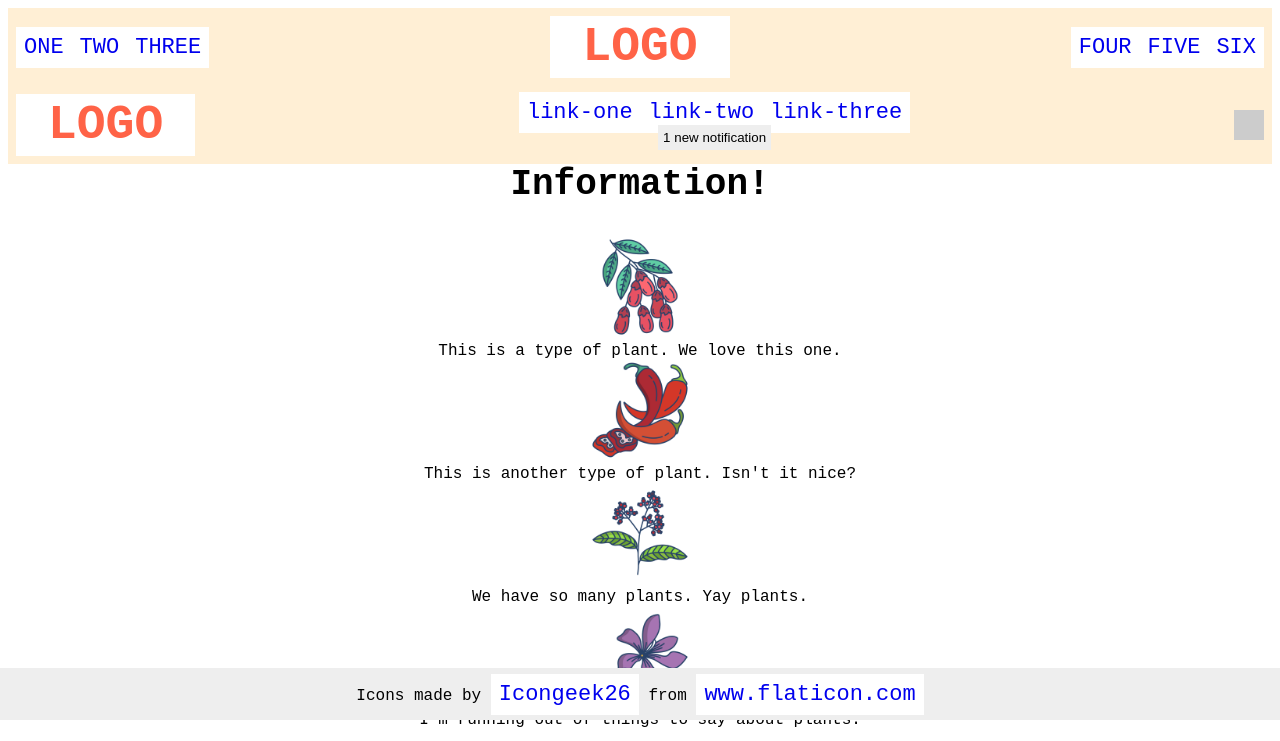
Repository: HeliosAI9/First-test-website
Page: mywebsite/html-boilerplate/pages/flex.html
The author's editor kept a copy of each file at every save. The page is drawn from the files as they stood at one save, then again after the next save.
The browser window is 1280 px wide. The pictures show the whole page.
Some web fonts or font styles are not loaded; a fallback is used.

Above is the page before, as saved 2023-06-10 05:39:01.

### mywebsite/html-boilerplate/pages/flex.html
<!DOCTYPE html>
<html lang="en">
  <head>
    <meta charset="UTF-8">
    <meta http-equiv="X-UA-Compatible" content="IE=edge">
    <meta name="viewport" content="width=device-width, initial-scale=1.0">
    <title>Flex Header</title>
    <link rel="stylesheet" href="../css/flex.css">
  </head>
  <body>
    <div class="header">
      <div class="left-links">
        <ul>
          <li><a href="#">ONE</a></li>
          <li><a href="#">TWO</a></li>
          <li><a href="#">THREE</a></li>
        </ul>
      </div>
      <div class="logo">LOGO</div>
      <div class="right-links">
        <ul>
          <li><a href="#">FOUR</a></li>
          <li><a href="#">FIVE</a></li>
          <li><a href="#">SIX</a></li>
        </ul>
      </div>
    </div>

    <header class="header">
        <div class="logo">
          LOGO
        </div>
        <nav class="nav">
          <ul class="links">
            <li><a href="google.com">link-one</a></li>
            <li><a href="google.com">link-two</a></li>
            <li><a href="google.com">link-three</a></li>
          </ul>
          <button class="notifications">
            1 new notification
          </button>
        </nav>
        <div class="profile-image"></div>
      </header>
  </body>
  <body>
    <div class="title">Information!</div>

    <img src="../images/barberry.png" alt="barberry">
    <div class="text">This is a type of plant. We love this one.</div>
    <img src="../images/chilli.png" alt="chili">
    <div class="text">This is another type of plant. Isn't it nice?</div>

    <img src="../images/pepper.png" alt="pepper">
    <div class="text">We have so many plants. Yay plants.</div>

    <img src="../images/saffron.png" alt="saffron">
    <div class="text">I'm running out of things to say about plants.</div>

    <!-- disregard this section, it's here to give attribution to the creator of these icons -->
    <div class="footer">
      <div>Icons made by <a href="https://www.flaticon.com/authors/icongeek26" title="Icongeek26">Icongeek26</a> from <a href="https://www.flaticon.com/" title="Flaticon">www.flaticon.com</a></div>
    </div>
  </body>
</html>

### mywebsite/html-boilerplate/css/flex.css
@import url('https://fonts.googleapis.com/css2?family=Besley:ital,wght@0,400;1,900&display=swap');

.header {
    display: flex;
    justify-content: space-between;
    align-items: center;
    background: papayawhip;
    padding: 8px;
    font-family: 'Besley', monospace;
  }

  .logo {
    font-size: 48px;
    font-weight: 900;
    color: tomato;
    background: white;
    padding: 4px 32px;
  }

  ul {
    list-style-type: none;
    display: flex;
    margin: 0;
    padding: 0;
  }

  a {
    font-size: 22px;
    background: white;
    padding: 8px;
    text-decoration: none;
  }

  .notifications {
    background-color: #eee;
    border: none;
    padding: 5px;
  }

  .profile-image {
    width: 30px;
    height: 30px;
    background-color: #ccc;
  }

  body {
    font-family: 'Courier New', Courier, monospace;
    text-align: center;
  }

  img {
    width: 100px;
    height: 100px;
    display: inline;
  }

  .title {
    font-size: 36px;
    font-weight: 900;
    margin-bottom: 32px;
  }
  .container {
    display: flex;
    justify-content: center;
    gap: 52px;
  }

  .info {
    max-width: 200px;
  }

  /* do not edit this footer */
  .footer {
    position: fixed;
    bottom: 0;
    left: 0;
    right: 0;
    height: 52px;
    display: flex;
    align-items: center;
    justify-content: center;
    background: #eee;
  }

After the next save:
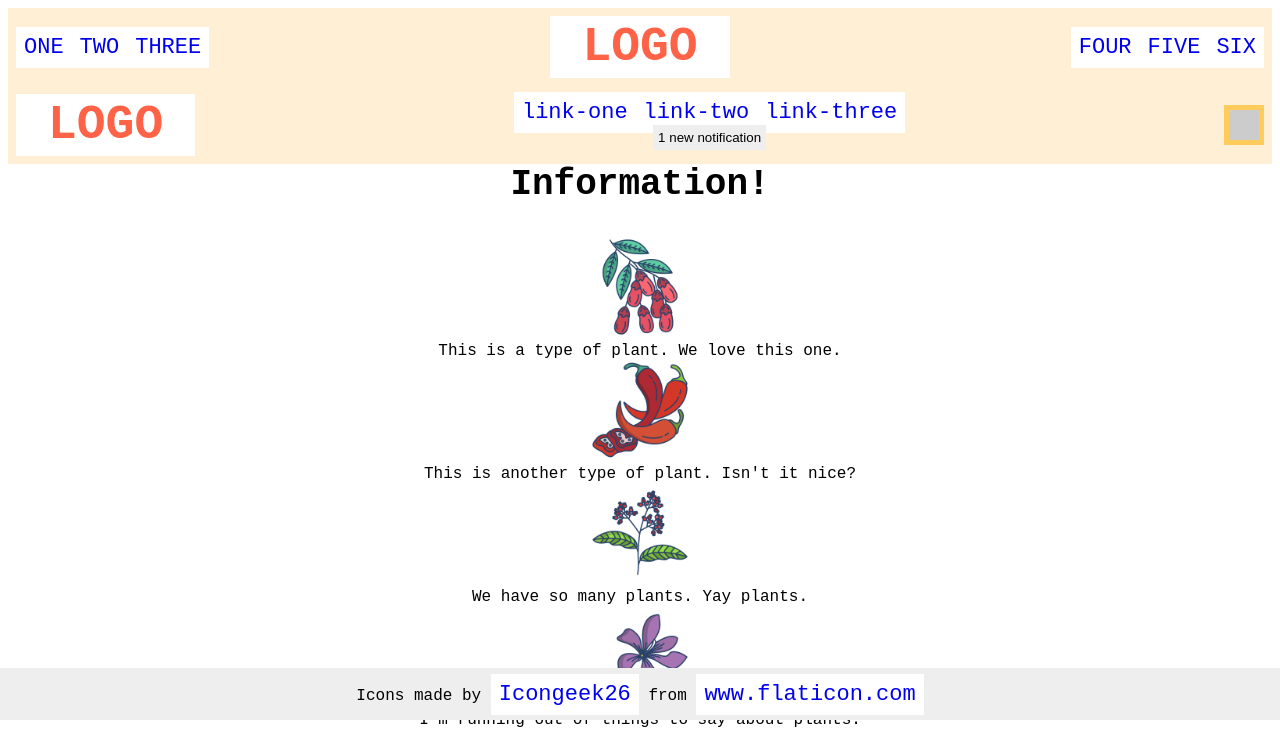
Saved 33 s later.
--- a/mywebsite/html-boilerplate/css/flex.css
+++ b/mywebsite/html-boilerplate/css/flex.css
@@ -81,3 +81,9 @@
     justify-content: center;
     background: #eee;
   }
+
+  .profile-image {
+    border: 5px solid #ffcc5c;
+    display: flex;
+    flex-direction: row;
+  }

After the save that followed:
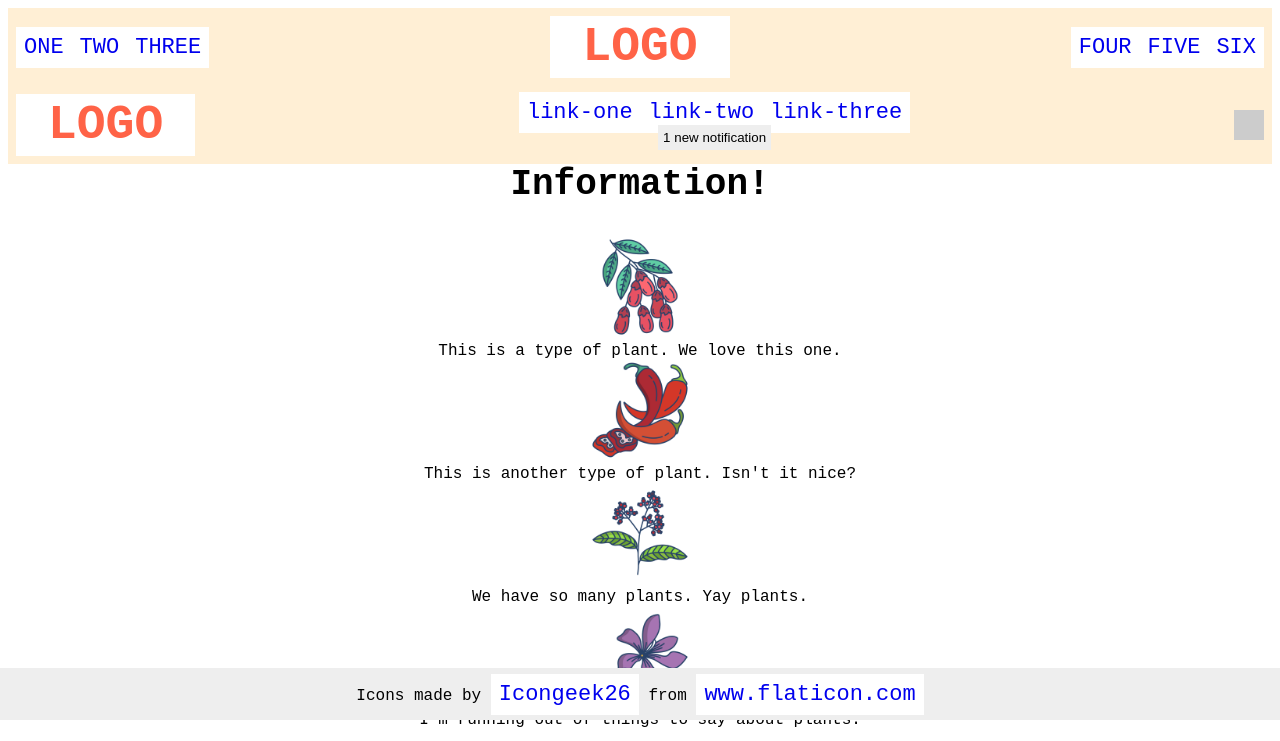
Saved 104 s later.
--- a/mywebsite/html-boilerplate/css/flex.css
+++ b/mywebsite/html-boilerplate/css/flex.css
@@ -82,8 +82,20 @@
     background: #eee;
   }
 
-  .profile-image {
-    border: 5px solid #ffcc5c;
+  body {
+    text-align: center;
+  }
+
+  .title {
+    margin-bottom: 32px;
+  }
+
+  .container {
     display: flex;
-    flex-direction: row;
+    justify-content: center;
+    gap: 52px;
   }
+
+  .info {
+    max-width: 200px;
+  }
